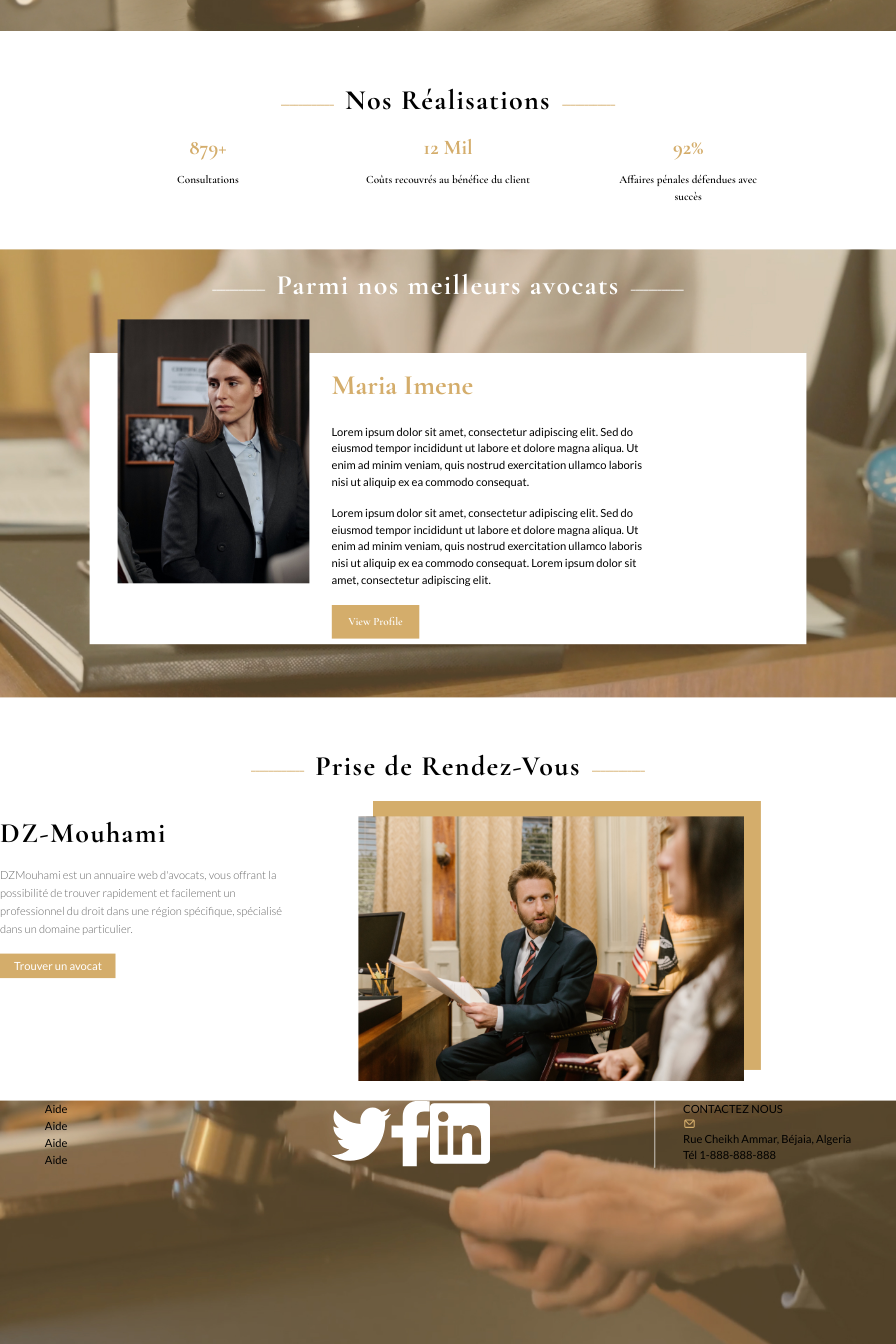
Repository: Chekrouba-Tinhinane/Mohami_dz
Page: / (app in client/)
These files come from the project's save history. The page is drawn as it stood at one moment and after the next save; the edit follows.
The browser window is 1280 px wide. The pictures show the part of the page from y = 2055 to 3975 px (the page is 4046 px tall before and 4054 px after), at 70% of full size.
The project was rebuilt for these pictures with package versions that can differ from the ones it lists, and the page was loaded fresh each time. Also part of the build but not shown: client/vite.config.js, client/src/SignIn.jsx, client/src/components/Selector.jsx, client/src/components/SearchContainer.jsx, client/src/Search.jsx, client/src/components/super/HomeLayout.jsx, client/src/components/Profile.jsx.

Above is the page before, as saved 2024-01-25 12:22:03.

### client/index.html
<!doctype html>
<html lang="en">
  <head>
    <meta charset="UTF-8" />
    <link rel="icon" type="image/svg+xml" href="/vite.svg" />
    <meta name="viewport" content="width=device-width, initial-scale=1.0" />
    <title>Mouhami DZ</title>
  </head>
  <body>
    <div id="root"></div>
    <script type="module" src="/src/App.jsx"></script>
  </body>
</html>

### client/src/App.jsx
import React from "react";
import { createRoot } from "react-dom/client";
import { BrowserRouter, Routes, Route } from "react-router-dom";
import "./index.css";
import LandingPage from "./LandingPage";
import SignIn from "./SignIn";
import Search from "./Search";
import HomeLayout from "./components/super/HomeLayout";
import Profile from "./components/Profile";

const App = () => {
  return (
    <BrowserRouter>
      <Routes>
        <Route path={"/"} element={<LandingPage />} />

        <Route path={"/Signin"} element={<SignIn />} />
        <Route
          path={"/Search"}
          element={<HomeLayout pageComponent={<Search />} />}
        />
        {/* <Route path={"/Signin"} element={<SignIn />} />
        <Route
          path={"/Schedule"}
          element={<HomeLayout pageComponent={<Schedule />} />}
        />

        <Route
          path={"/Settings"}
          element={<HomeLayout pageComponent={<Staff />} />}
        />
        <Route
          path={"/profile/:id"}
          element={<HomeLayout pageComponent={<Profile />} />}
        /> */}
        <Route
          path={"/profile"}
          element={<HomeLayout pageComponent={<Profile />} />}
        />
      </Routes>
    </BrowserRouter>
  );
};

export default App;

const root = createRoot(document.getElementById("root"));
root.render(<App />);

### client/src/index.css
@import url("https://fonts.googleapis.com/css2?family=Cormorant+Garamond:wght@300;400;500;600;700&family=Lato:wght@100;300;400;700;900&display=swap");

@tailwind base;
@tailwind components;
@tailwind utilities;

@layer base {
  a {
    @apply cursor-pointer;
  }
  h1 {
    @apply text-[50px] font-bold;
  }
  h2 {
    @apply text-[2.5rem] font-bold;
  }
  p {
  }
  h3 {
  }
  h4 {
    @apply text-[1rem] font-semibold;
  }
  textarea {
  }
  input {
  }
  select {
  }
}

* {
  /*font-family: 'Cormorant Garamond', serif; */
  font-family: "Lato", sans-serif;
  box-sizing: border-box;
  padding: 0;
  margin: 0;
}

.recursive {
  font-family: "Cormorant Garamond", serif;
}

.nav-item::after {
  content: "";
  display: block;
  width: 0;
  height: 2px;
  margin-top: 5px;
  background-color: rgb(212, 173, 107);
  transition: width 0.4s;
}

.nav-item:hover::after {
  width: 100%;
}

### client/src/LandingPage.jsx
import React, { useEffect } from "react";

import header from "./assets/landing/header.jpg";
import hero from "./assets/landing/hero.png";
import section1 from "./assets/landing/section1.jpg";
import section2 from "./assets/landing/section2.jpg";
import footer from "./assets/landing/footer.jpg";
import maria from "./assets/landing/maria.jpg";
import scene from "./assets/landing/scene.png";

import msg from "./assets/icons/contact/msg.svg";

import twitter from "./assets/icons/footer/twitter.svg";
import fb from "./assets/icons/footer/fb.svg";
import linkedin from "./assets/icons/footer/linkedin.svg";

import NavBar from "./components/super/NavBar";

import AOS from "aos";
import "aos/dist/aos.css";

AOS.init();

const LandingPage = () => {
  useEffect(() => {
    AOS.refresh();
  }, []);

  return (
    <div className="overflow-hidden flex flex-col relative mx-auto items-center bg-white z-10">
      <header className=" p-3 recursive border-b border-b-primary w-[90%] text-center font-semibold text-xl">
        {" "}
        DZ Mouhami{" "}
      </header>
      <NavBar />
      <Header />
      <About />
      <Feedback />

      <Achievements />
      <Hero />
      <Appoint />
      <Footer />
    </div>
  );
};

export default LandingPage;

function Header() {
  return (
    <section
      id="header"
      className=" relative flex w-screen justify-center my-3"
    >
      <img src={header} className="w-full h-[600px] object-cover" alt="" />
      <h2 className=" recursive absolute bottom-[7%] left-[10%] text-white w-[60%]">
        "Legal Solutions, Trusted Advocacy: Your Path to Justice Begins with
        Us."
      </h2>
    </section>
  );
}

function About() {
  return (
    <section
      id="about"
      data-aos="fade-right"
      data-aos-duration="1000"
      className="mx-3 my-10 flex gap-[6rem] justify-center items-center"
    >
      {/* fifth section */}
      <div className=" flex flex-col w-[40%] ">
        <h2 className=" recursive w-[40%] place-self-end">
          A propos de DZ Mouhami
        </h2>
        <img src={hero} className="" alt="" />
      </div>

      <div className=" basis-[40%] mb-16 ">
        {" "}
        {/*  */}
        <h2 className=" recursive tracking-wider w-[50%] my-4">DZ-Mouhami</h2>
        <p className=" w-[80%] opacity-60 font-light leading-relaxed mb-7">
          DZMouhami est un annuaire web d'avocats, vous offrant la possibilité
          de trouver rapidement et facilement un professionnel du droit dans une
          région spécifique, spécialisé dans un domaine particulier.
        </p>
        <a
          href=""
          className=" py-2 px-5 text-white bg-primary hover:bg-opacity-65"
        >
          Trouver un avocat
        </a>
      </div>
    </section>
  );
}

function Feedback() {
  const userComments = [
    {
      username: "User123",
      comment:
        "Effortlessly found the right lawyer for my needs – the detailed profiles and client reviews streamlined the decision-making process.",
    },
    {
      username: "LegalEagle",
      comment:
        "Incredibly user-friendly directory; comprehensive lawyer profiles and responsive design made my search for legal representation hassle-free.",
    },
    {
      username: "LawSeeker",
      comment:
        "Highly impressed with the intuitive interface and wealth of information – this directory simplified the task of finding a skilled attorney.",
    },
  ];

  // You can now use the userComments array as needed in your code.

  return (
    <section
      id="feedback"
      className=" relative flex w-screen justify-center my-4"
    >
      <img
        src={section1}
        className="w-full h-[640px] bg-center object-cover"
        alt=""
      />
      <div className="absolute top-0 text-white">
        <div className=" flex flex-col items-center">
          <div className="flex items-center my-5 gap-4">
            <span className=" font-semibold select-none">____________</span>
            <h2 className=" recursive  tracking-wider ">
              Nos Témoignages
            </h2>{" "}
            <span className=" font-semibold select-none">____________</span>
          </div>

          <h2 className=" mt-16 mb-8 recursive w-[85%] text-center">
            CE QUE NOS CLIENTS PENSENT DE NOUS
          </h2>
          <div className=" flex gap-10 w-[75%] ">
            {userComments.map((el, i) => {
              return (
                <div className=" flex flex-col justify-between bg-white p-6 rounded-md text-black text-sm h-56 ">
                  {el.comment}
                  <div className=" flex gap-5 items-center">
                    {" "}
                    <div class="w-14 h-14 bg-gray-500 rounded-full"></div>
                    {el.username}
                  </div>
                </div>
              );
            })}
          </div>
        </div>
      </div>
    </section>
  );
}

function Achievements() {
  return (
    <div className=" flex flex-col w-[80%] items-center mx-auto my-8 ">
      <div className="flex items-center my-5 gap-4">
        <span className=" font-semibold select-none text-primary">
          ____________
        </span>
        <h2 className=" recursive tracking-wider">Nos Réalisations</h2>{" "}
        <span className=" font-semibold select-none text-primary">
          ____________
        </span>
      </div>

      <div className="flex w-full justify-between  ">
        <div className="flex flex-col items-center basis-[33%] gap-4">
          {" "}
          <h4 className=" recursive text-primary text-3xl font-bold">879+</h4>{" "}
          <span className=" w-[70%] text-center recursive font-semibold">Consultations</span>
        </div>
        <div className="flex flex-col items-center basis-[33%] gap-4">
          {" "}
          <h4 className=" recursive text-primary text-3xl font-bold">12 Mil</h4>{" "}
          <span className=" w-[70%] text-center recursive font-semibold">
            Coûts recouvrés au bénéfice du client
          </span>
        </div>
        <div className="flex flex-col items-center basis-[33%] gap-4">
          {" "}
          <h4 className=" recursive text-primary text-3xl font-bold">92%</h4>{" "}
          <span className=" w-[70%] text-center recursive font-semibold">
            Affaires pénales défendues avec succès
          </span>
        </div>
      </div>
    </div>
  );
}

function Hero() {
  return (
    <section id="hero" className=" relative flex w-screen justify-center my-8">
      <img
        src={section2}
        className="w-full h-[640px] bg-center object-cover"
        alt=""
      />
      <div className="absolute top-0 text-white">
        <div className=" flex flex-col items-center gap-[3rem]">
          <div className="flex items-center my-5 gap-4">
            <span className=" font-semibold select-none">____________</span>
            <h2 className=" recursive  tracking-wider ">
              Parmi nos meilleurs avocats
            </h2>{" "}
            <span className=" font-semibold select-none">____________</span>
          </div>

          <div className=" flex gap-8 w-[80%] bg-white text-black h-[26rem] px-10 ">
            <div className="relative basis-[30%]">
              {" "}
              <img
                src={maria}
                alt=""
                className=" absolute -top-12  object-contain"
              />
            </div>
            <div className=" flex flex-col basis-[70%] my-4 gap-6 ">
              {" "}
              <h2 className=" recursive text-primary">Maria Imene</h2>{" "}
              <p className=" w-[70%] flex flex-col gap-5 ">
                <span>
                  Lorem ipsum dolor sit amet, consectetur adipiscing elit. Sed
                  do eiusmod tempor incididunt ut labore et dolore magna aliqua.
                  Ut enim ad minim veniam, quis nostrud exercitation ullamco
                  laboris nisi ut aliquip ex ea commodo consequat.{" "}
                </span>

                <span>
                  Lorem ipsum dolor sit amet, consectetur adipiscing elit. Sed
                  do eiusmod tempor incididunt ut labore et dolore magna aliqua.
                  Ut enim ad minim veniam, quis nostrud exercitation ullamco
                  laboris nisi ut aliquip ex ea commodo consequat. Lorem ipsum
                  dolor sit amet, consectetur adipiscing elit.
                </span>
              </p>
              <a
                href=""
                className="flex w-max recursive text-white bg-primary px-6 py-3 font-semibold hover:bg-opacity-75"
              >
                View Profile
              </a>
            </div>
          </div>
        </div>
      </div>
    </section>
  );
}

function Footer() {
  return (
    <footer id="footer" className=" relative flex w-full justify-center mt-3 ">
      <img src={footer} alt="" className="w-full object-cover" />
      {/* sixth section */}
      <div className="absolute w-full ">
        <div className=" flex justify-between px-16 ">
          <div className=" flex flex-col">
            <p>Aide</p>
            <p>Aide</p>
            <p>Aide</p>
            <p>Aide</p>
          </div>

          <div className=" flex ">
            <img src={twitter} alt="" />
            <img src={fb} alt="" />
            <img src={linkedin} alt="" />
          </div>

          <div className=" border-l border-l-white pl-10 flex flex-col ">
            <p>
              CONTACTEZ NOUS{" "}
              <span>
                {" "}
                <img src={msg} alt="" />
              </span>{" "}
            </p>
            <p>Rue Cheikh Ammar, Béjaia, Algeria</p>
            <p>Tél 1-888-888-888</p>
          </div>
        </div>
      </div>
    </footer>
  );
}

function Appoint() {
  return (
    <section id="appoint" className=" flex flex-col w-screen justify-center my-4">
      <div className=" flex flex-col items-center">
        <div className="flex items-center my-5 gap-4">
          <span className=" font-semibold select-none text-primary">
            ____________
          </span>
          <h2 className=" recursive  tracking-wider ">Prise de Rendez-Vous</h2>{" "}
          <span className=" font-semibold select-none text-primary">
            ____________
          </span>
        </div>
      </div>

      <div className=" flex w-full ">
        <div className=" basis-[40%] mb-16 ">
          {" "}
          {/*  */}
          <h2 className=" recursive tracking-wider w-[50%] my-4">DZ-Mouhami</h2>
          <p className=" w-[80%] opacity-60 font-light leading-relaxed mb-7">
            DZMouhami est un annuaire web d'avocats, vous offrant la possibilité
            de trouver rapidement et facilement un professionnel du droit dans
            une région spécifique, spécialisé dans un domaine particulier.
          </p>
          <a
            href=""
            className=" py-2 px-5 text-white bg-primary hover:bg-opacity-65"
          >
            Trouver un avocat
          </a>
        </div>

        <img src={scene} className="" alt="" />
      </div>
    </section>
  );
}

### client/src/components/super/NavBar.jsx
import { motion } from "framer-motion";
import { Link } from "react-router-dom";
import { Link as ScrollLink } from "react-scroll";

const NavBar = () => {
  return (
    <div
      whileHover={{ scale: 1, originX: 0, color: "#D4AD6B" }}
      transition={{ type: "tween", duration: 0.2 }}
      className=" flex items-center px-20 pt-6 mb-3 w-full justify-between "
    >
      <motion.ul className="flex gap-[2rem] text-sm">
        <motion.li
          whileHover={{ scale: 1, originX: 0, color: "#D4AD6B" }}
          transition={{ type: "tween", duration: 0.2 }}
          className=" font-semibold opacity-80 tracking-wider cursor-pointer"
        >
          <ScrollLink
            to={"about"}
            spy={true}
            smooth={true}
            offset={-50}
            duration={500}
            className="nav-item"
          >
            Accueil
          </ScrollLink>
        </motion.li>
        <motion.li
          whileHover={{ scale: 1, originX: 0, color: "#D4AD6B" }}
          transition={{ type: "tween", duration: 0.2 }}
          className=" font-semibold opacity-80 tracking-wider cursor-pointer"
        >
          <ScrollLink
            to="hero"
            spy={true}
            smooth={true}
            offset={0}
            duration={500}
            className="nav-item"
          >
            Trouver un avocat
          </ScrollLink>
        </motion.li>
        <motion.li
          whileHover={{ scale: 1, originX: 0, color: "#D4AD6B" }}
          transition={{ type: "tween", duration: 0.2 }}
          className=" font-semibold opacity-80 tracking-wider cursor-pointer"
        >
          <ScrollLink
            to="appoint"
            spy={true}
            smooth={true}
            offset={50}
            duration={500}
            className="nav-item"
          >
            Prendre un rendez-vous
          </ScrollLink>
        </motion.li>
        <motion.li
          whileHover={{ scale: 1, originX: 0, color: "#D4AD6B" }}
          transition={{ type: "tween", duration: 0.2 }}
          className=" font-semibold opacity-80 tracking-wider cursor-pointer"
        >
          <ScrollLink
            to="footer"
            spy={true}
            smooth={true}
            offset={-100}
            duration={500}
            className="nav-item"
          >
            Contactez nous
          </ScrollLink>
        </motion.li>
      </motion.ul>
      <div className="flex gap-[1rem]">
        <Link
          to={"/SignIn"}
          href=""
          className=" recursive flex items-center font-semibold text-primary border border-primary bg-white text-center text-lg py-1.5 px-3.5 hover:bg-opacity-70 "
        >
          Se connecter
        </Link>
      </div>
    </div>
  );
};

export default NavBar;

### client/tailwind.config.js
/** @type {import('tailwindcss').Config} */
module.exports = {
  content: ["./src/**/*.{js,jsx,ts,tsx}"],
  theme: {
    extend: {
      colors: {
        lightBrown: "#FAF5EE",
        primary: "#D4AD6B"
      },
    },
  },
  plugins: [],
};

After the next save:
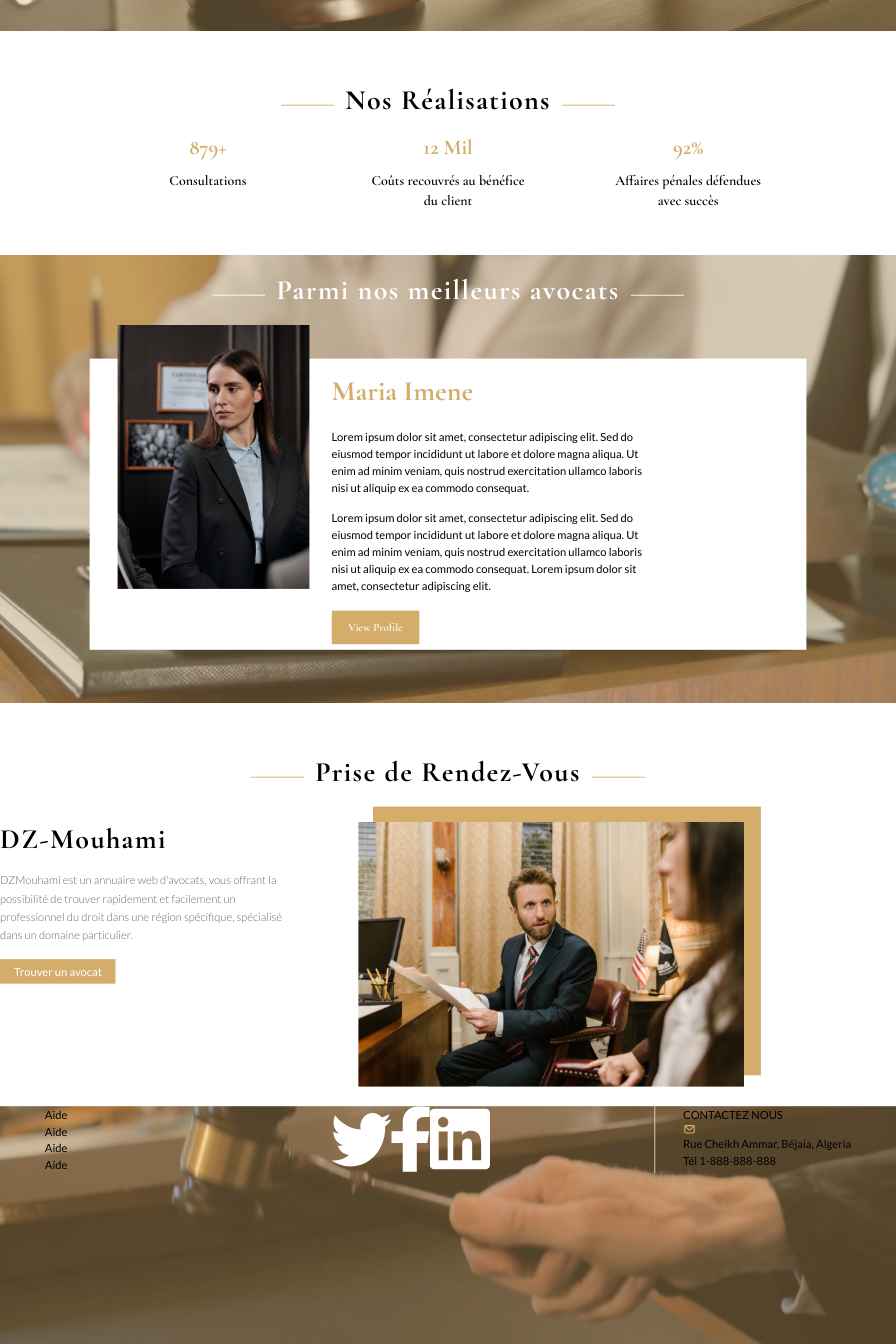
Saved 4 s later.
--- a/client/src/LandingPage.jsx
+++ b/client/src/LandingPage.jsx
@@ -179,19 +179,19 @@ function Achievements() {
         <div className="flex flex-col items-center basis-[33%] gap-4">
           {" "}
           <h4 className=" recursive text-primary text-3xl font-bold">879+</h4>{" "}
-          <span className=" w-[70%] text-center recursive font-semibold">Consultations</span>
+          <span className=" w-[70%] text-center recursive font-semibold text-xl">Consultations</span>
         </div>
         <div className="flex flex-col items-center basis-[33%] gap-4">
           {" "}
           <h4 className=" recursive text-primary text-3xl font-bold">12 Mil</h4>{" "}
-          <span className=" w-[70%] text-center recursive font-semibold">
+          <span className=" w-[70%] text-center recursive font-semibold text-xl">
             Coûts recouvrés au bénéfice du client
           </span>
         </div>
         <div className="flex flex-col items-center basis-[33%] gap-4">
           {" "}
           <h4 className=" recursive text-primary text-3xl font-bold">92%</h4>{" "}
-          <span className=" w-[70%] text-center recursive font-semibold">
+          <span className=" w-[70%] text-center recursive font-semibold text-xl">
             Affaires pénales défendues avec succès
           </span>
         </div>
